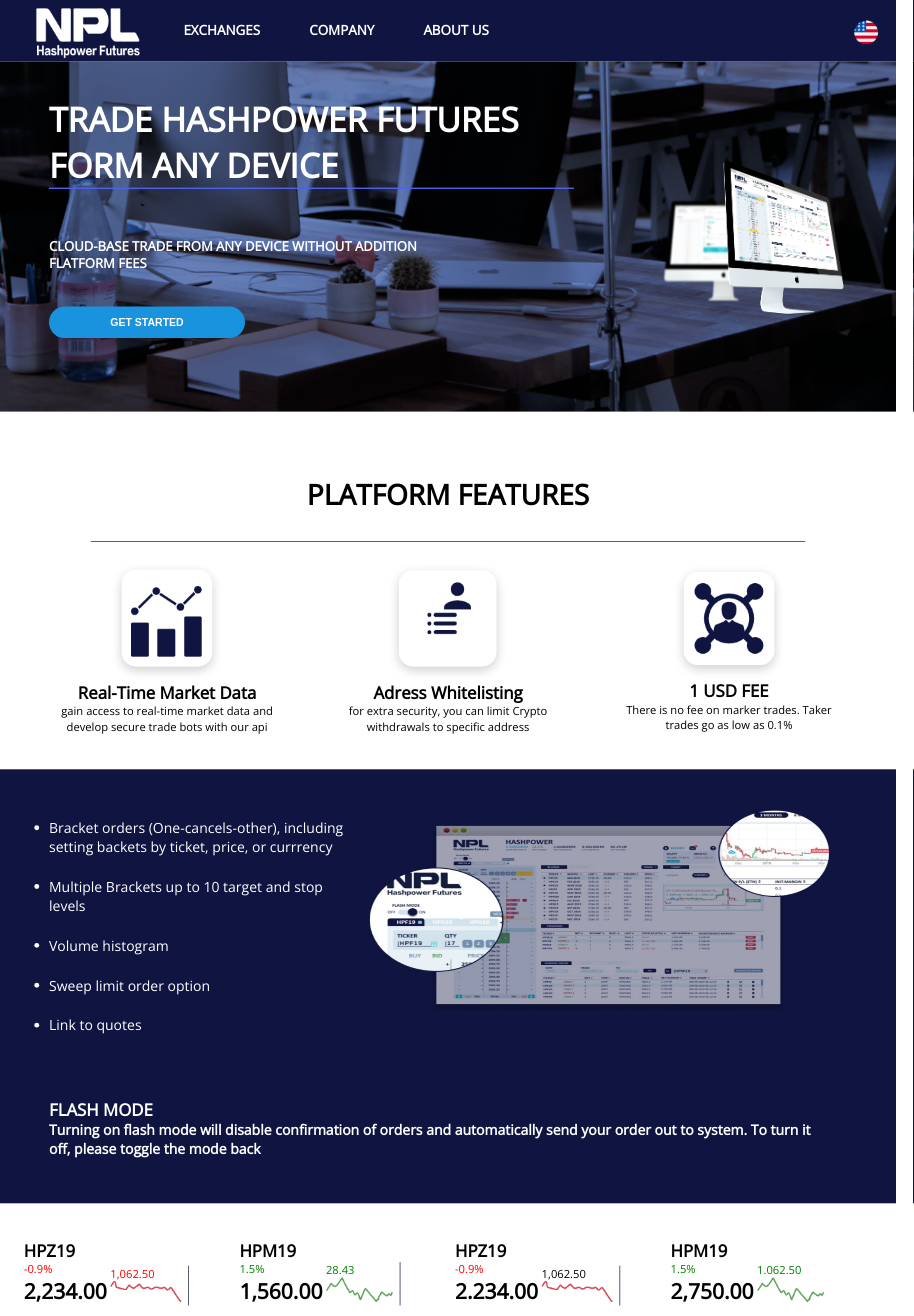
Repository: nguyenhuutuong999/HASHPOWER
Page: index.html
The author's editor kept a copy of each file at every save. The page is drawn from the files as they stood at one save, then again after the next save.
The browser window is 1280 px wide. The page is 1280 px wide, then 1305 px, so the pictures cover 1305 px, including what lies to the right of the window. The pictures show the part of the page from y = 0 to 1880 px (the page is 4968 px tall before and 4464 px after), at 70% of full size.

Above is the page before, as saved 2019-10-15 20:57:42.
Not found: npl-img/icon/hash.png

After the next save:
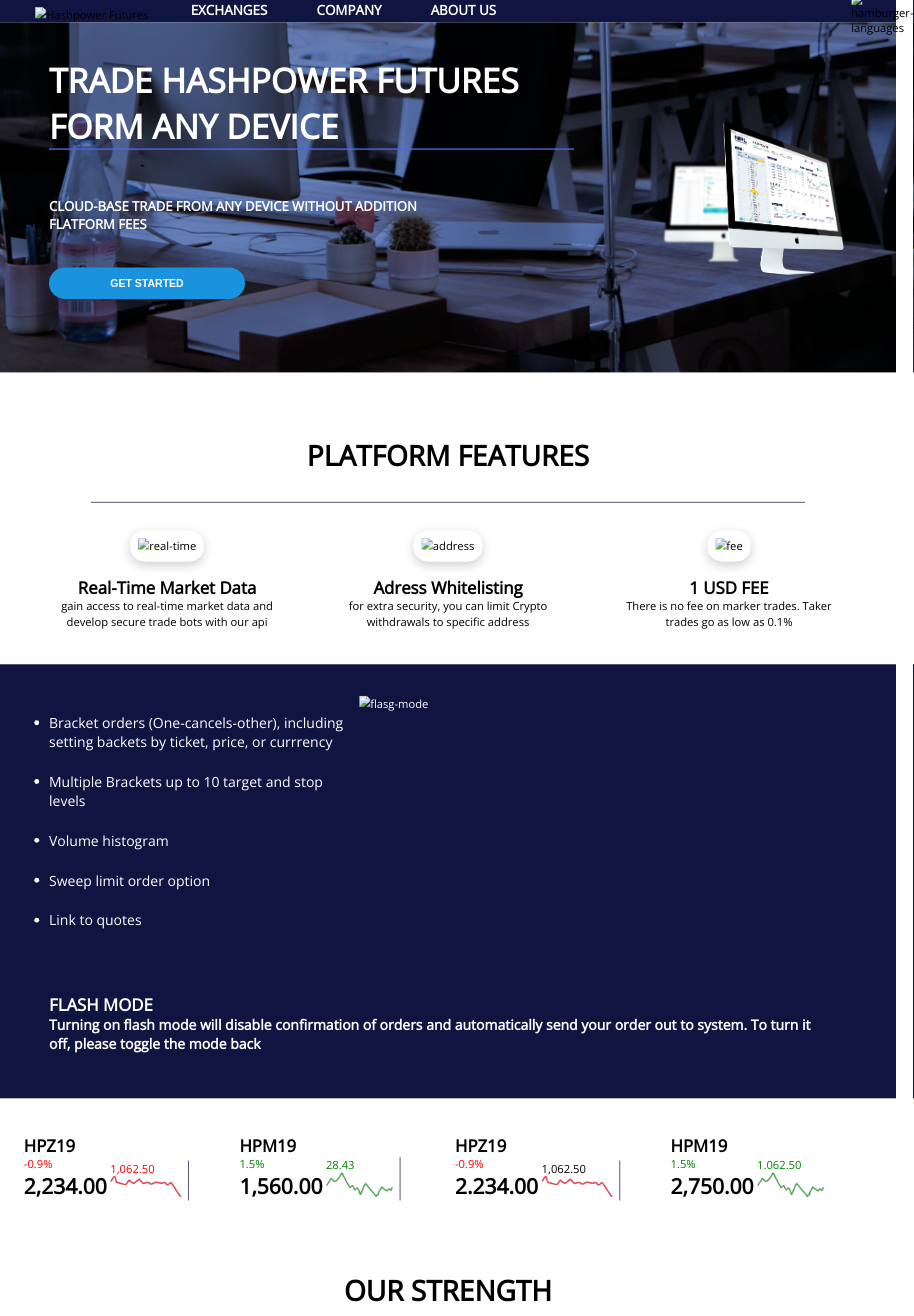
Not found: npl-img/2.jpg
Not found: npl-img/address.png
Not found: npl-img/create.png
Saved 27 s later.
--- a/index.html
+++ b/index.html
@@ -10,7 +10,7 @@
 <body>
 <div id="page-wrapper">
   <header id="header">
-    <div id = "logo"> <img src="npl-img/icon/logo.png" alt="Hashpower Futures"/> </div>
+    <div id = "logo"> <img src="npl-img/logo.png" alt="Hashpower Futures"/> </div>
     <div id="nav-bar">
       <ul>
         <li><a class="nav-link" href="https://www.npltrade.com/futures?contract=HPH19">EXCHANGES</a></li>
@@ -18,7 +18,7 @@
         <li><a class="nav-link" href="http://narrowpacific.com/about.html">ABOUT US</a></li>
       </ul>
     </div>
-    <div id="hamburger-icon"> <img src="npl-img/icon/language.png" alt="hamburger-languages"/> </div>
+    <div id="hamburger-icon"> <img src="npl-img/language.png" alt="hamburger-languages"/> </div>
   </header>
   <section id = "hero">
 	  <div id="wapper-hero">
@@ -34,17 +34,17 @@
       <div id="title-flatform">PLATFORM FEATURES</div>
       <div id="main-flatform">
         <div class="box-real" id="real-time">
-          <div class="logo"><img src="npl-img/icon/realtime.png" alt="real-time"></div>
+          <div class="logo"><img src="npl-img/realtime.png" alt="real-time"></div>
           <h2>Real-Time Market Data</h2>
           <p>gain access to real-time market data and develop secure trade bots with our api</p>
         </div>
         <div class="box-real" id="address">
-          <div class="logo"><img src="npl-img/icon/address.png" alt="address"></div>
+          <div class="logo"><img src="npl-img/address.png" alt="address"></div>
           <h2>Adress Whitelisting</h2>
           <p>for extra security, you can limit Crypto withdrawals to specific address</p>
         </div>
         <div class="box-real" id="fee">
-          <div class="logo"><img src="npl-img/icon/fee.png" alt="fee"></div>
+          <div class="logo"><img src="npl-img/fee.png" alt="fee"></div>
           <h2>1 USD FEE</h2>
           <p>There is no fee on marker trades. Taker trades go as low as 0.1%</p>
         </div>
@@ -59,7 +59,7 @@
           <li>Sweep limit order option</li>
           <li>Link to quotes</li>
         </ul>
-        <img id="flash-img" src="npl-img/icon/2.jpg" alt="flasg-mode"/> </div>
+        <img id="flash-img" src="npl-img/2.jpg" alt="flasg-mode"/> </div>
       <div id="desc">
         <h2>FLASH MODE</h2>
         <p>Turning on flash mode will disable confirmation of orders and automatically send your order out to system. To turn it off, 	please toggle the mode back</p>
@@ -112,19 +112,19 @@
     <div id="strength">
       <h1>OUR STRENGTH</h1>
       <ul>
-        <li> <img src="npl-img/icon/trans.png" alt="transparency"/>
+        <li> <img src="npl-img/trans.png" alt="transparency"/>
           <h4>Transparency</h4>
         </li>
-        <li> <img src="npl-img/icon/perform.png" alt="perform"/>
+        <li> <img src="npl-img/perform.png" alt="perform"/>
           <h4>High Performance</h4>
         </li>
-        <li> <img src="npl-img/icon/sec.jpg" alt="security"/>
+        <li> <img src="npl-img/sec.jpg" alt="security"/>
           <h4>Security</h4>
         </li>
-        <li> <img src="npl-img/icon/liquid.png" alt="liquidity"/>
+        <li> <img src="npl-img/liquid.png" alt="liquidity"/>
           <h4>Liquidity</h4>
         </li>
-        <li> <img src="npl-img/icon/team hover.png" alt="team-experiment"/>
+        <li> <img src="npl-img/team hover.png" alt="team-experiment"/>
           <h4>Global Team with Deep Experience</h4>
         </li>
       </ul>
@@ -140,39 +140,39 @@
   <section id = "why-choose">
     <h1>WHY CHOOSE NPL? </h1>
     <div id = "section">
-      <div class = "box"> <img class = "img-box" src="npl-img/icon/pay.png" alt="pay"/>
+      <div class = "box"> <img class = "img-box" src="npl-img/pay.png" alt="pay"/>
         <div class = "box-desc">
           <h3>PAYMENT OPTIONS</h3>
           <p>OPEN ACCOUNT FOR FREE AND START TRADING HASHPOWER FUTURES NOW</p>
         </div>
       </div>
-      <div class = "box"> <img class = "img-box" src="npl-img/icon/world.png" alt="coverage"/>
+      <div class = "box"> <img class = "img-box" src="npl-img/world.png" alt="coverage"/>
         <div class = "box-desc">
           <h3>WORLD COVERAGE</h3>
           <p>PROVIDING SERVICES AROUND THE GLOBE</p>
         </div>
       </div>
-      <div class = "box"> <img class = "img-box" src="npl-img/icon/fastlog.png" alt="login"/>
+      <div class = "box"> <img class = "img-box" src="npl-img/fastlog.png" alt="login"/>
         <div class = "box-desc">
           <h3>FAST LOGIN</h3>
           <p>REGISTRATION IN UK, MSB STATUS IN FINCEN, ESSENTIAL LICENSES AND STRONG RELATIONS WITH BANKS</p>
         </div>
       </div>
-      <div class = "box"> <img class = "img-box" src= "npl-img/icon/margin.png" alt="margin"/>
+      <div class = "box"> <img class = "img-box" src= "npl-img/margin.png" alt="margin"/>
         <div class = "box-desc">
           <h3>MARGIN TRADING</h3>
           <p>1:2 AND 1:3 LEVERAGES AUTOMATIC FUNDS BORROWING, NO EXTRA ACCOUNTS NEEDED, NEGATIVE BALANCE PROTECTION</p>
         </div>
       </div>
       <div class = "box">
-		<img class = "img-box" src="npl-img/icon/rebate.png" alt="rebate"/>
+		<img class = "img-box" src="npl-img/rebate.png" alt="rebate"/>
         <div class = "box-desc">
           <h3>REBATE</h3>
           <p>REASONABLE TRADING FEES FOR TAKERS AND MAKERS, SPECIAL CONDITIONS FOR HIGH VOLUME TRADERS, STRONG OFFERS FOR MARKET MAKERS</p>
         </div>
       </div>
       <div class = "box">
-		<img class = "img-box" src="npl-img/icon/report.png" alt="report"/>
+		<img class = "img-box" src="npl-img/report.png" alt="report"/>
         <div class = "box-desc">
           <h3>ADVANCED REPORTING</h3>
           <p>DOWNLOADABLE REPORTS, REAL-TIME BALANCE, TRANSACTION HISTORY WITH TRANSPARENT FEES</p>
@@ -205,15 +205,15 @@
 	  <h2>NPL Support A Variety Of The Most Popular Digital Currencies</h2>
     <div id = "logos">
 	    <div class = "section-logo">
-			  <img src="npl-img/icon/create.png" alt="create">
+			  <img src="npl-img/create.png" alt="create">
 			  <h3>CREATE AN ACCOUNT</h3>
 	  </div>
 	    <div class = "section-logo" style="margin: 0 50px;">
-			  <img src="npl-img/icon/deposit.png" alt="deposit">
+			  <img src="npl-img/deposit.png" alt="deposit">
 			  <h3>DEPOSIT YOUR BITCOIN</h3>
 	  </div>
 		  <div class = "section-logo">
-			  <img src="npl-img/icon/hash.png" alt="hash">
+			  <img src="npl-img/hash.png" alt="hash">
 			  <h3>HASHPOWER FUTURES</h3>
 		  </div>
 	  </div>
@@ -222,7 +222,7 @@
   </section>
   <footer>
 	<section id="logo-footer">
-		<img src="npl-img/icon/logo.png" alt="Hashpower Futures"/>
+		<img src="npl-img/logo.png" alt="Hashpower Futures"/>
 		<p>Copyright 2017-2019 Npl - All Right Reserved</p>
 	</section>
 	<ul id="ul">
